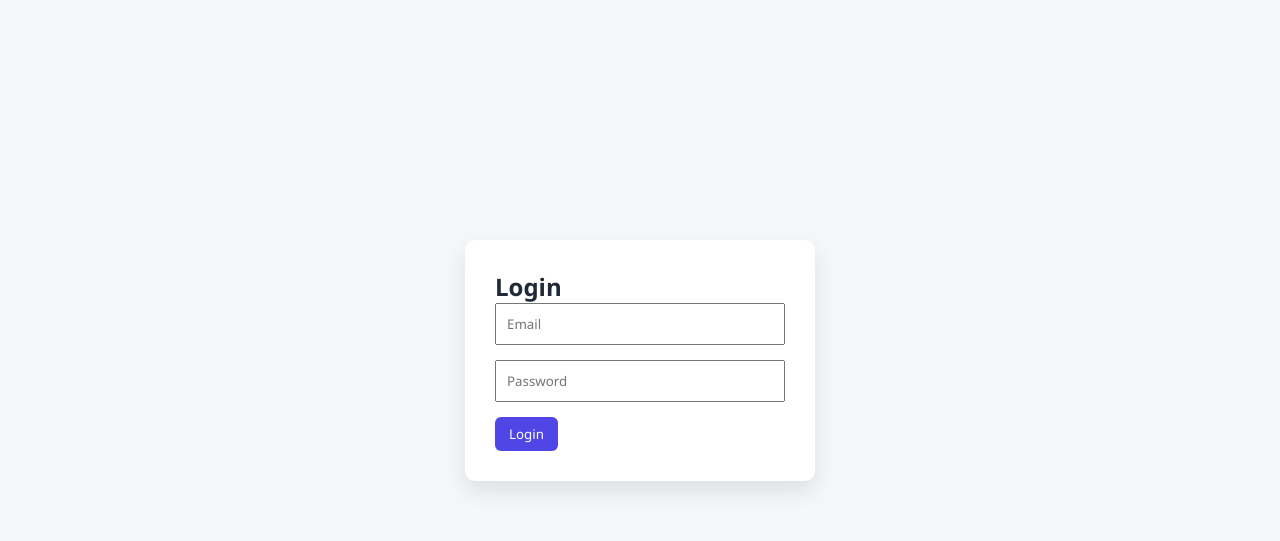
Repository: Saksham706/ethara-assignment
Page: / (app in frontend/)
The author's editor kept a copy of each file at every save. The page is drawn from the files as they stood at one save, then again after the next save.
The browser window is 1280 px wide. The pictures show the whole page.
The project was rebuilt for these pictures with package versions that can differ from the ones it lists, and the page was loaded fresh each time. Also part of the build but not shown: frontend/vite.config.js, frontend/src/pages/Register.jsx, frontend/src/styles/layout.css, frontend/src/components/Layout.jsx, frontend/src/styles/forms.css, frontend/src/components/ProjectForm.jsx, frontend/src/components/TaskForm.jsx, frontend/src/styles/task.css and 3 more.

Above is the page before, as saved 2026-04-30 18:11:53.

After the next save:
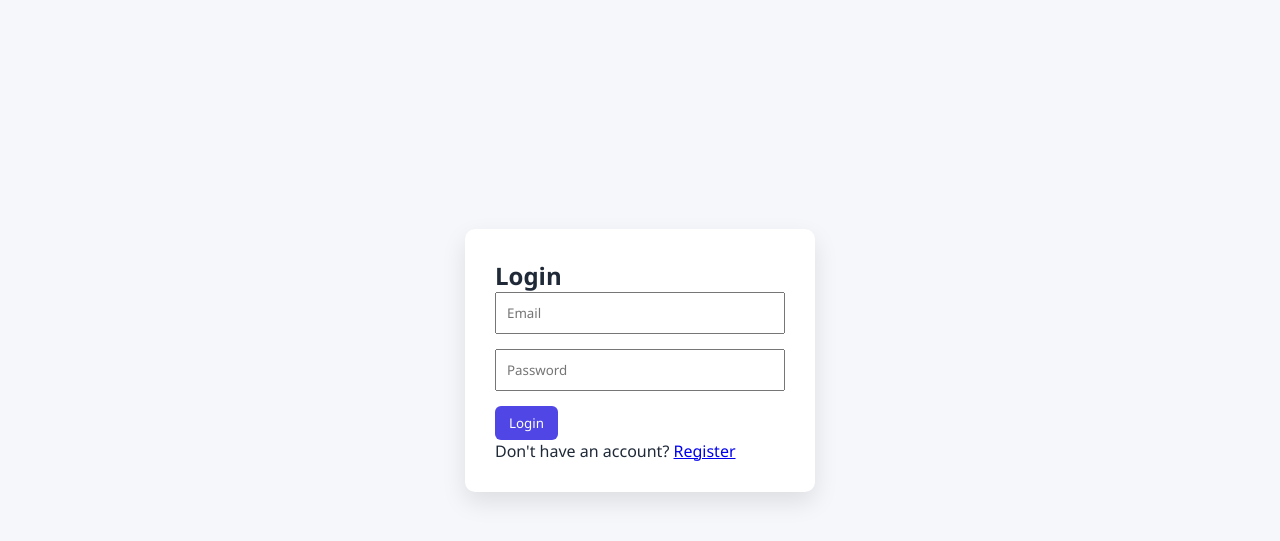
Saved 11 min 12 s later.
--- a/frontend/src/pages/Login.jsx
+++ b/frontend/src/pages/Login.jsx
@@ -1,26 +1,69 @@
 import "../styles/auth.css";
 import { useState } from "react";
 import API from "../api/axios";
-import { useNavigate } from "react-router-dom";
+import { useNavigate, Link } from "react-router-dom";
 
 export default function Login() {
   const [form, setForm] = useState({ email: "", password: "" });
+  const [error, setError] = useState("");
+  const [loading, setLoading] = useState(false);
+
   const navigate = useNavigate();
 
   const submit = async (e) => {
     e.preventDefault();
-    const { data } = await API.post("/auth/login", form);
-    localStorage.setItem("user", JSON.stringify(data));
-    navigate("/dashboard");
+    setError("");
+
+    if (!form.email || !form.password) {
+      return setError("All fields are required");
+    }
+
+    try {
+      setLoading(true);
+
+      const { data } = await API.post("/auth/login", form);
+
+      localStorage.setItem("user", JSON.stringify(data));
+
+      navigate("/dashboard");
+    } catch (err) {
+      setError(err.response?.data?.message || "Login failed");
+    } finally {
+      setLoading(false);
+    }
   };
 
   return (
     <div className="auth-container">
       <form className="auth-box" onSubmit={submit}>
         <h2>Login</h2>
-        <input placeholder="Email" onChange={(e)=>setForm({...form,email:e.target.value})}/>
-        <input type="password" placeholder="Password" onChange={(e)=>setForm({...form,password:e.target.value})}/>
-        <button>Login</button>
+
+        {error && <p className="error">{error}</p>}
+
+        <input
+          placeholder="Email"
+          value={form.email}
+          onChange={(e) =>
+            setForm({ ...form, email: e.target.value })
+          }
+        />
+
+        <input
+          type="password"
+          placeholder="Password"
+          value={form.password}
+          onChange={(e) =>
+            setForm({ ...form, password: e.target.value })
+          }
+        />
+
+        <button disabled={loading}>
+          {loading ? "Logging in..." : "Login"}
+        </button>
+
+        <p className="auth-switch">
+          Don't have an account? <Link to="/register">Register</Link>
+        </p>
       </form>
     </div>
   );
